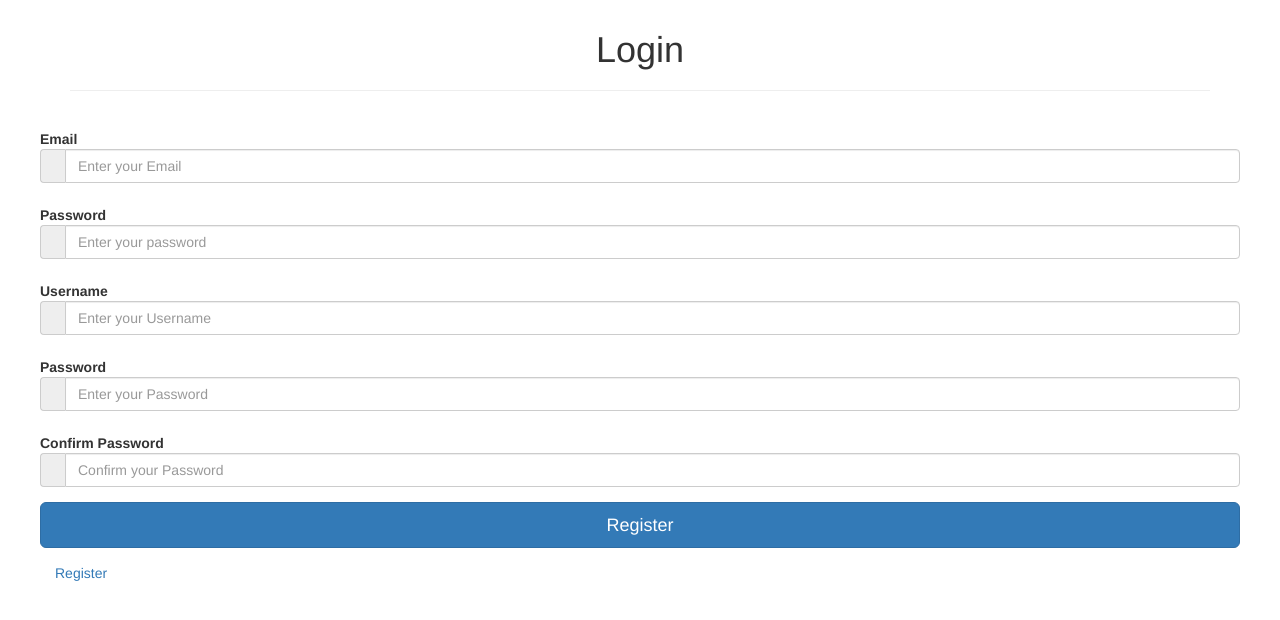
Repository: kakadiyahardik/Enterprice-Computing
Page: http://localhost/InventoryManage/user/login.jsp
These files come from the project's save history. The page is drawn as it stood at one moment and after the next save; the edit follows.
The browser window is 1280 px wide. The pictures show the whole page.
Some web libraries are served in a nearby version. The page is served by Tomcat 9.

Above is the page before, as saved 2017-04-08 09:57:37.

After the next save:
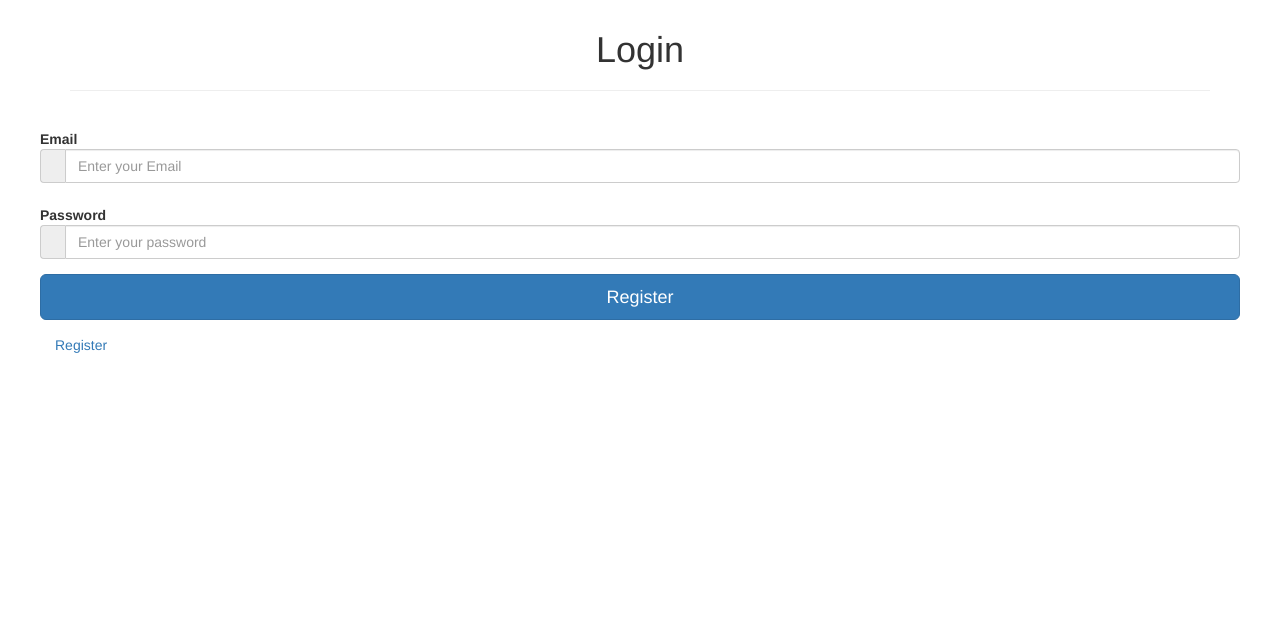
Saved 3 min 19 s later.
--- a/InventoryManage/WebContent/user/login.jsp
+++ b/InventoryManage/WebContent/user/login.jsp
@@ -48,35 +48,7 @@
 							</div>
 						</div>
 
-						<div class="form-group">
-							<label for="username" class="cols-sm-2 control-label">Username</label>
-							<div class="cols-sm-10">
-								<div class="input-group">
-									<span class="input-group-addon"><i class="fa fa-users fa" aria-hidden="true"></i></span>
-									<input type="text" class="form-control" name="username" id="username"  placeholder="Enter your Username"/>
-								</div>
-							</div>
-						</div>
 
-						<div class="form-group">
-							<label for="password" class="cols-sm-2 control-label">Password</label>
-							<div class="cols-sm-10">
-								<div class="input-group">
-									<span class="input-group-addon"><i class="fa fa-lock fa-lg" aria-hidden="true"></i></span>
-									<input type="password" class="form-control" name="password" id="password"  placeholder="Enter your Password"/>
-								</div>
-							</div>
-						</div>
-
-						<div class="form-group">
-							<label for="confirm" class="cols-sm-2 control-label">Confirm Password</label>
-							<div class="cols-sm-10">
-								<div class="input-group">
-									<span class="input-group-addon"><i class="fa fa-lock fa-lg" aria-hidden="true"></i></span>
-									<input type="password" class="form-control" name="confirm" id="confirm"  placeholder="Confirm your Password"/>
-								</div>
-							</div>
-						</div>
 
 						<div class="form-group ">
 							<button type="button" class="btn btn-primary btn-lg btn-block login-button">Register</button>
